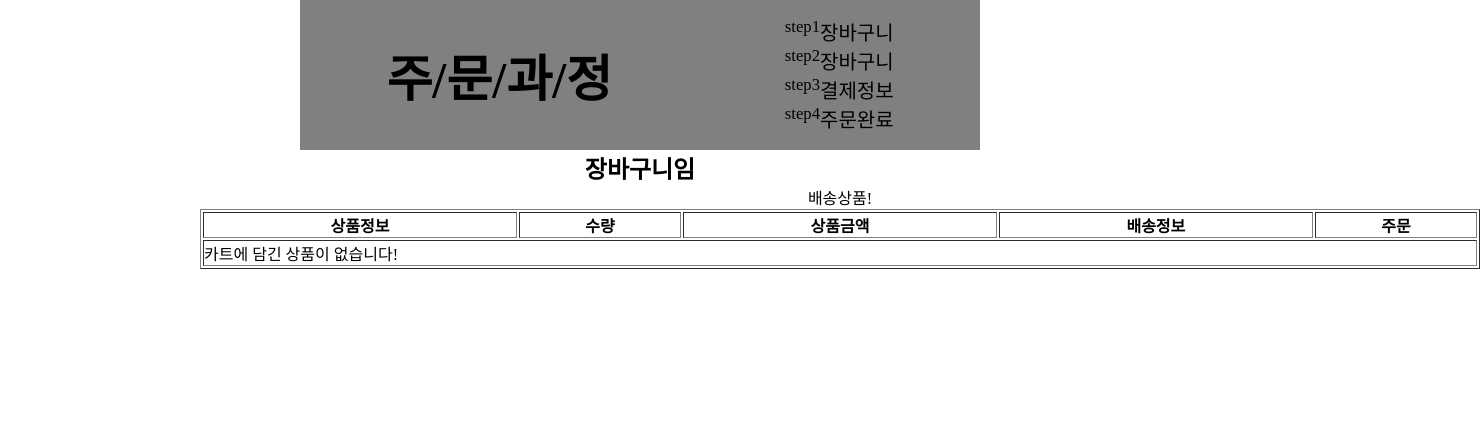
Repository: kym-1000/book
Page: http://localhost/book/WEB-INF/views/cart/mycart.jsp
These files come from the project's save history. The page is drawn as it stood at one moment and after the next save; the edit follows.
The browser window is 1280 px wide. The page is 1480 px wide, then 1280 px, so the pictures cover 1480 px, including what lies to the right of the window. The pictures show the whole page.
The page is served by Tomcat 9. Nobody is signed in. Other server files are loaded and not shown. The template is opened directly, without the code that normally fills it, so the values that code supplies are empty.

Above is the page before, as saved 2023-01-02 08:47:48.

### book/book/src/main/webapp/WEB-INF/views/cart/mycart.jsp
<%@ page language="java" contentType="text/html; charset=UTF-8"
    pageEncoding="UTF-8"%>
<!DOCTYPE html>
<html>
<head>
<meta charset="UTF-8">
<title>Insert title here</title>
	<style type="text/css">

		*{
			margin: auto;
			padding: 0;
		}

		#table{
			margin-left: 200px;
			margin-right: 200px;

		}

	</style>
</head>
<body>

	<jsp:include page="../cart/cartheader.jsp"></jsp:include>


	<h2 style="text-align: center;">장바구니임</h2>

<table  width="100%"  border="1" id="table">
	<caption >
      배송상품!
    </caption> <colgroup >
	<thead >
      <tr ><th  colspan="3" scope="col" class="txt">상품정보</th>
      <th  scope="col" >수량</th>
      <th  scope="col" >상품금액</th>
      <th  scope="col" >배송정보</th>
      <th  scope="col" >주문</th></tr>
     </thead>
      <tbody >
      <tr >
      <td  colspan="7" >
      <p  class="txt_tit">카트에 담긴 상품이 없습니다!</p>
      </td>
      </tr>
      </tbody>
</table>
</body>
</html>

### book/book/src/main/webapp/WEB-INF/views/cart/cartheader.jsp
<%@ page language="java" contentType="text/html; charset=UTF-8"
    pageEncoding="UTF-8"%>
<%@ taglib uri="http://java.sun.com/jsp/jstl/core" prefix="c" %>
<!DOCTYPE html>
<html>
<head>
<meta charset="UTF-8">
<title>Insert title here</title>
<style type="text/css">

	#pagetop{
		margin-left: 300px;
		margin-right: 300px;
	    background-color: grey;
	    font-size: 20px;
		height: 150px;
		display : flex;
	  	/* justify-content : center; */
	  	align-items : center;
	}

</style>
</head>
<body>


	<div id="pagetop">
		<h2 style="text-align: left; font-size: 50px">
			주/문/과/정
		</h2>
		<div style="text-align: right;">

		<c:choose >
		<c:when test="${msg eq 1}">
		<div style="color: red">
		<sup>step1</sup>장바구니
		</div>
		</c:when>
		<c:otherwise>
		<div>
		<sup>step1</sup>장바구니
		</div>
		</c:otherwise>
		</c:choose>

		<c:choose>
		<c:when test="${msg eq 2}">
		<div style="color: red">
		<sup>step2</sup>배송정보
		</div>
		</c:when>
		<c:otherwise>
		<div>
		<sup>step2</sup>장바구니
		</div>
		</c:otherwise>
		</c:choose>

		<c:choose>
		<c:when test="${msg eq 3}">
		<div style="color: red">
		<sup>step3</sup>결제정보
		</div>
		</c:when>
		<c:otherwise>
		<div>
		<sup>step3</sup>결제정보
		</div>
		</c:otherwise>
		</c:choose>

		<c:choose>
		<c:when test="${msg eq 4}">
		<div style="color: red">
		<sup>step4</sup>주문완료
		</div>
		</c:when>
		<c:otherwise>
		<div>
		<sup>step4</sup>주문완료
		</div>
		</c:otherwise>
		</c:choose>

		</div>
	</div>

</body>
</html>

After the next save:
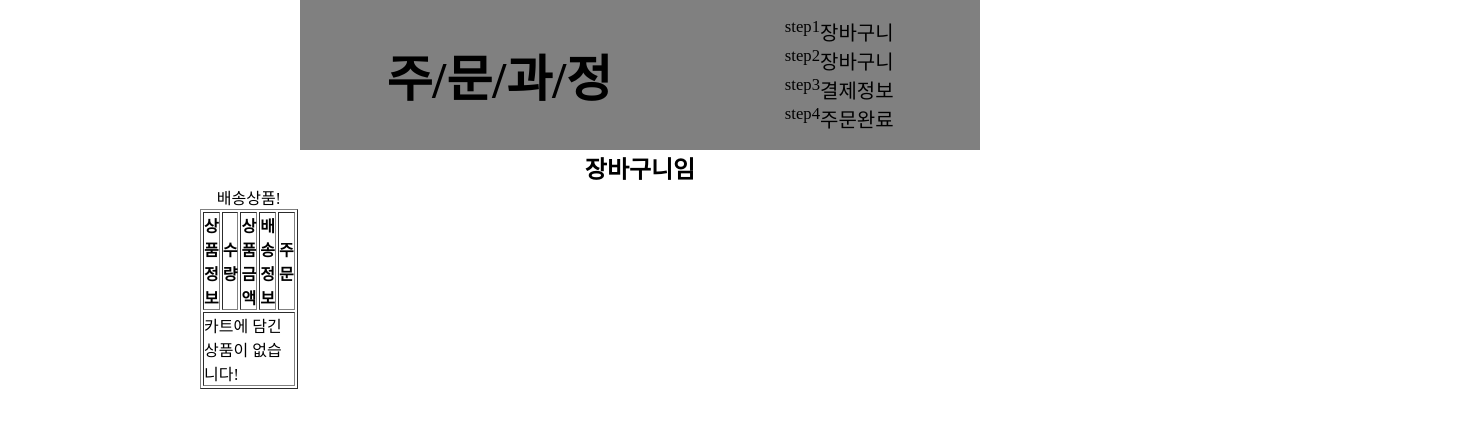
Saved 10 s later.
--- a/book/book/src/main/webapp/WEB-INF/views/cart/mycart.jsp
+++ b/book/book/src/main/webapp/WEB-INF/views/cart/mycart.jsp
@@ -27,10 +27,10 @@
 
 	<h2 style="text-align: center;">장바구니임</h2>
 
-<table  width="100%"  border="1" id="table">
+<table  width="50"  border="1" id="table">
 	<caption >
       배송상품!
-    </caption> <colgroup >
+    </caption>
 	<thead >
       <tr ><th  colspan="3" scope="col" class="txt">상품정보</th>
       <th  scope="col" >수량</th>
